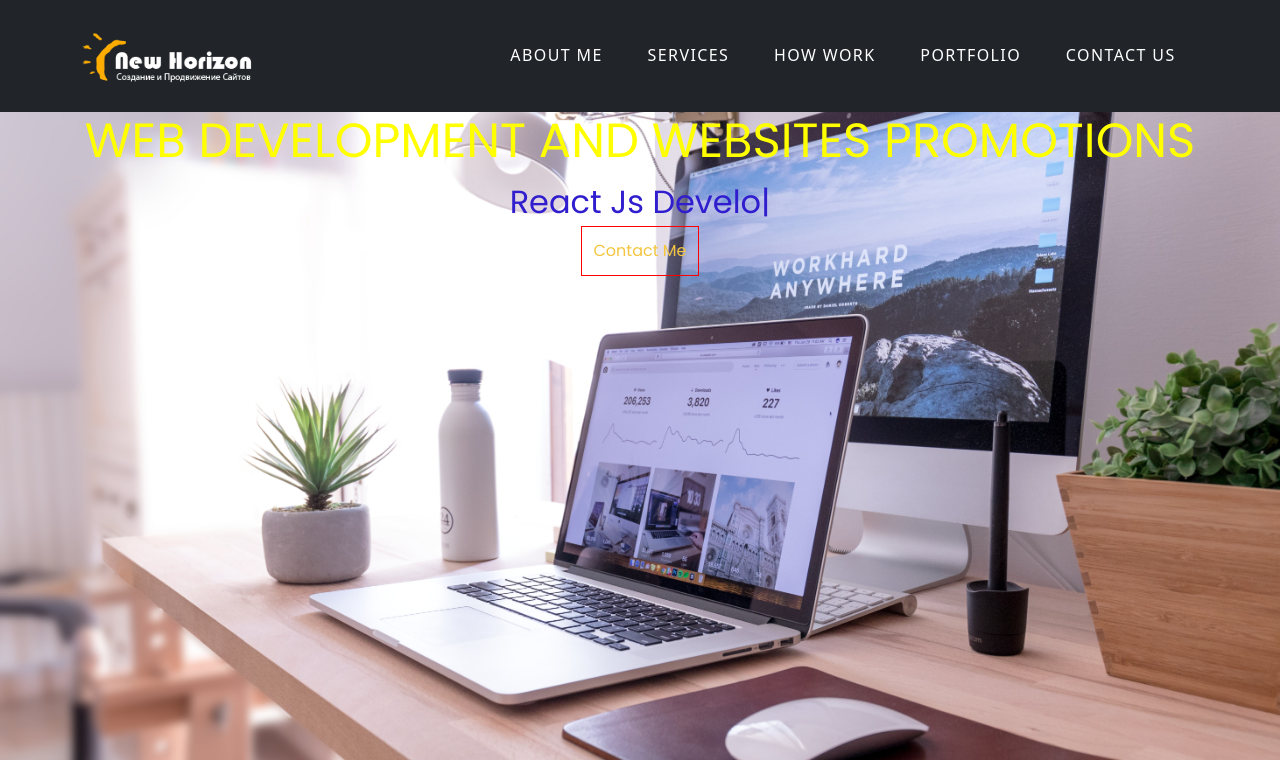
Repository: ahmedibrahimhassan654/React-Bootstrap-5
Page: /
These files come from the project's save history. The page is drawn as it stood at one moment and after the next save; the edit follows.
The browser window is 1280 px wide. The pictures show the whole page.
The project was rebuilt for these pictures with package versions that can differ from the ones it lists, and the page was loaded fresh each time.

Above is the page before, as saved 2021-11-25 07:37:33.

After the next save:
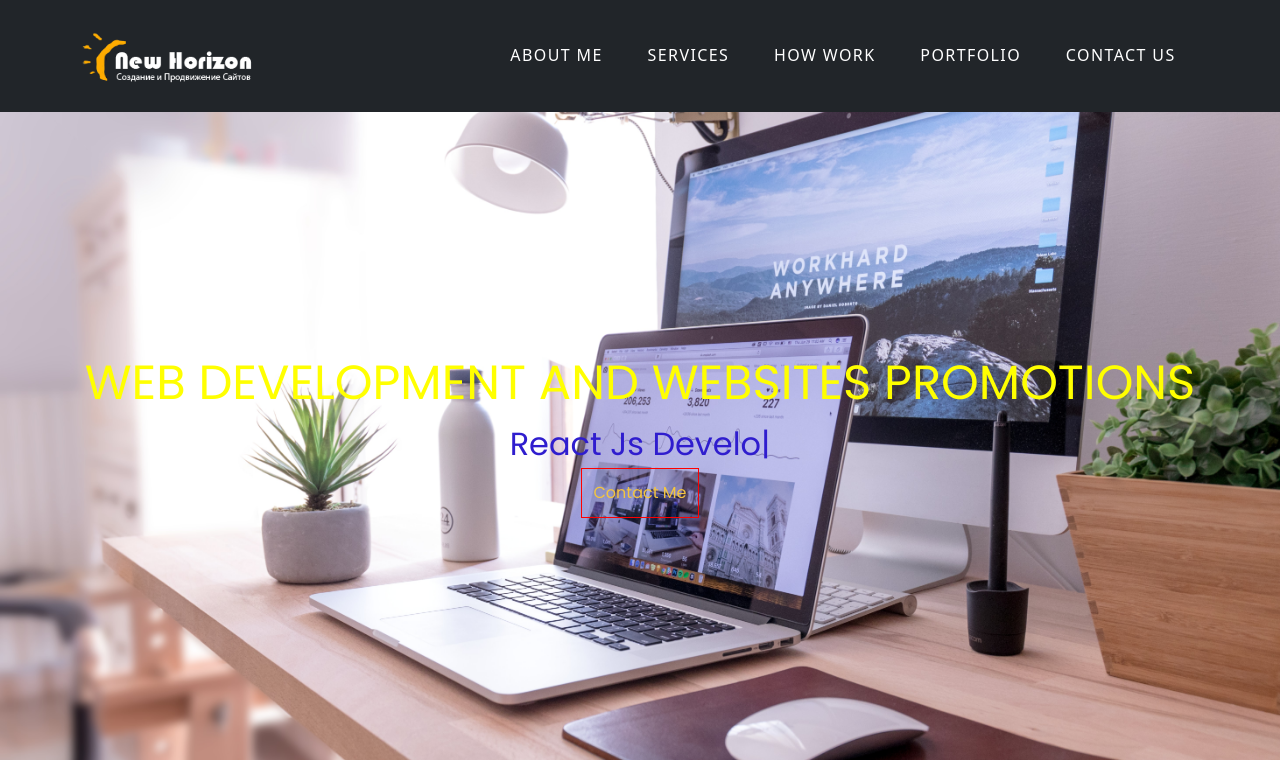
Saved 4 s later.
--- a/src/App.css
+++ b/src/App.css
@@ -53,7 +53,7 @@ nav ul li {
 }
 .maininfo {
   display: flex;
-  position: ;
+  position: absolute;
   flex-direction: column;
   justify-content: center;
   align-items: center;
